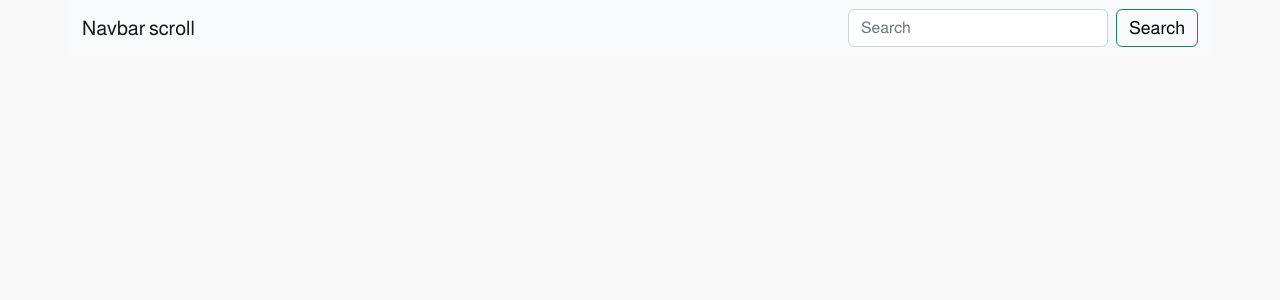
Repository: SD-Mdouka/react-table
Page: /
These files come from the project's save history. The page is drawn as it stood at one moment and after the next save; the edit follows.
The browser window is 1280 px wide. The pictures show the whole page.
The project was rebuilt for these pictures with package versions that can differ from the ones it lists, and the page was loaded fresh each time.

Above is the page before, as saved 2022-10-06 15:32:30.

### public/index.html
<!DOCTYPE html>
<html lang="en">

<head>
    <meta charset="utf-8" />
    <link rel="icon" href="%PUBLIC_URL%/favicon.ico" />
    <meta name="viewport" content="width=device-width, initial-scale=1" />
    <meta name="theme-color" content="#000000" />
    <meta name="description" content="Web site created using create-react-app" />
    <link rel="apple-touch-icon" href="%PUBLIC_URL%/logo192.png" />
    <!--
      manifest.json provides metadata used when your web app is installed on a
      user's mobile device or desktop. See https://developers.google.com/web/fundamentals/web-app-manifest/
    -->
    <link rel="manifest" href="%PUBLIC_URL%/manifest.json" />
    <link rel="preconnect" href="https://fonts.googleapis.com" />
    <link rel="preconnect" href="https://fonts.gstatic.com" crossorigin />
    <link href="https://fonts.googleapis.com/css2?family=Almarai:wght@300;400;700;800&family=Cairo:wght@300&display=swap" rel="stylesheet" />

    <link rel="stylesheet" href="https://cdn.jsdelivr.net/npm/bootstrap@5.2.0-beta1/dist/css/bootstrap.min.css" integrity="sha384-0evHe/X+R7YkIZDRvuzKMRqM+OrBnVFBL6DOitfPri4tjfHxaWutUpFmBp4vmVor" crossorigin="anonymous" />
    <title>React App</title>
</head>

<body>
    <noscript>You need to enable JavaScript to run this app.</noscript>
    <div id="root"></div>
    <!--
      This HTML file is a template.
      If you open it directly in the browser, you will see an empty page.

      You can add webfonts, meta tags, or analytics to this file.
      The build step will place the bundled scripts into the <body> tag.

      To begin the development, run `npm start` or `yarn start`.
      To create a production bundle, use `npm run build` or `yarn build`.
    -->
</body>

</html>

### src/App.tsx
import React from "react";
import { Container } from "react-bootstrap";
import "./App.css";
import NavBar from "./components/Navbar";

const App = () => {
  return (
    <div className="color-body font">
      <Container>
        <NavBar />
      </Container>
    </div>
  );
};

export default App;

### src/App.css
.color-body {
    background-color: #f8f8f8;
    height: 100vh;
}

.font {
    font-family: "Almarai", sans-serif;
}

.title {
    color: #224f61;
    font-family: Almarai;
    font-size: 30px;
    font-weight: bold;
    letter-spacing: 0;
    line-height: 64px;
}

.underline {
    height: 1px;
    width: 200px;
    border-radius: 10px;
    border: 2px solid #b45b35;
}

.btn {
    color: black;
    font-family: Almarai;
    font-size: 18px;
    letter-spacing: 0;
    line-height: 24px;
}

.btn:hover {
    color: black;
    font-family: Almarai;
    font-size: 18px;
    font-weight: bold;
    letter-spacing: 0;
    line-height: 24px;
    border-radius: 11px;
    border: none;
    background-color: #b45b35;
}

.img-item {
    height: 180px;
    width: 252px;
    border-radius: 5px;
}

.item-description {
    color: #8c8c8c;
    font-family: Almarai;
    font-size: 16px;
    letter-spacing: 0;
    line-height: 20px;
}

.item-title {
    color: #555555;
    font-family: Almarai;
    font-size: 16px;
    font-weight: bold;
    letter-spacing: 0;
    line-height: 20px;
}

.card-color {
    background-color: #f8f8f8;
}

.item-price {
    color: #b45b35;
    font-family: Almarai;
    font-size: 16px;
    font-weight: bold;
    letter-spacing: 0;
    line-height: 20px;
}

.btn-search {
    color: #b45b35;
    border-radius: 3px solid #b45b35;
    border-radius: 8px;
    background-color: white;
}

.btn-search:hover {
    color: white;
    border-radius: 3px solid white;
    background-color: #b45b35;
    border-radius: 8px;
}

.brand-color {
    color: #b45b35;
}

### src/components/Navbar.js
import React from "react";
import {
  Container,
  Navbar,
  Row,
  Nav,
  NavDropdown,
  Form,
  Button,
} from "react-bootstrap";

const NavBar = () => {
  return (
    <Row>
      <Navbar bg="light" expand="lg">
        <Container fluid>
          <Navbar.Brand href="#">Navbar scroll</Navbar.Brand>
          <Navbar.Toggle aria-controls="navbarScroll" />
          <Navbar.Collapse id="navbarScroll">
            <Nav
              className="me-auto my-2 my-lg-0"
              style={{ maxHeight: "100px" }}
              navbarScroll
            ></Nav>
            <Form className="d-flex">
              <Form.Control
                type="search"
                placeholder="Search"
                className="me-2"
                aria-label="Search"
              />
              <Button variant="outline-success">Search</Button>
            </Form>
          </Navbar.Collapse>
        </Container>
      </Navbar>
    </Row>
  );
};

export default NavBar;

Loaded but not shown: src/index.tsx (common file); src/index.css (common file); src/reportWebVitals.ts (common file)

After the next save:
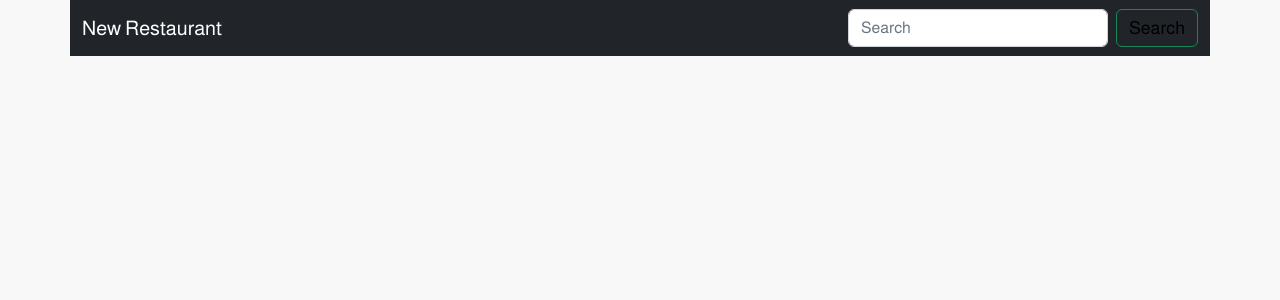
Saved 7 min 13 s later.
--- a/src/components/Navbar.js
+++ b/src/components/Navbar.js
@@ -12,9 +12,9 @@ import {
 const NavBar = () => {
   return (
     <Row>
-      <Navbar bg="light" expand="lg">
-        <Container fluid>
-          <Navbar.Brand href="#">Navbar scroll</Navbar.Brand>
+      <Navbar bg="dark" expand="lg" variant="dark">
+        <Container>
+          <Navbar.Brand href="#">New Restaurant</Navbar.Brand>
           <Navbar.Toggle aria-controls="navbarScroll" />
           <Navbar.Collapse id="navbarScroll">
             <Nav
